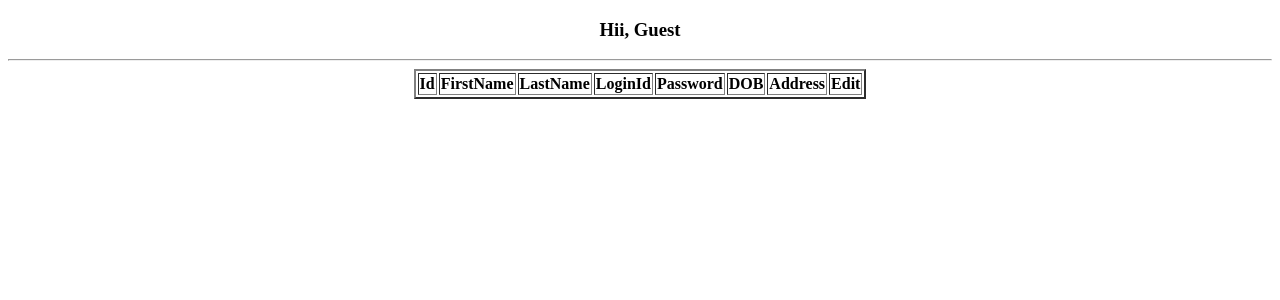
Repository: Jatdevta/AdvanceJava
Page: http://localhost/DynamicProject/UserListCtl
An editor plug-in stored every save of this project. The page is shown before and after the next save, followed by the edit.
The browser window is 1280 px wide. The pictures show the whole page.
The page is served by Tomcat 9. Other server files are loaded and not shown. Queries for data that is not in the repository find no rows.

Above is the page before, as saved 2023-08-22 07:17:20.

### Advancejava/DynamicProject/WebContent/UserListView.jsp
<%@page import="java.util.List"%>
<%@page import="java.util.Iterator"%>
<%@ page language="java" contentType="text/html; charset=ISO-8859-1"
    pageEncoding="ISO-8859-1"%>
<!DOCTYPE html>
<html>
<head>
<center>
<meta charset="ISO-8859-1">
<title>Insert title here</title>
</head>
<body>
<form action="">

<%@ include file="Header.jsp"%>
  <% List list = (List)request.getAttribute("list");
  Iterator it = list.iterator();
  %>
 <table border="2">

 <tr>

 <th>Id</th>
 <th>FirstName</th>
 <th>LastName</th>
 <th>LoginId</th>
 <th>Password</th>
 <th>DOB</th>
 <th>Address</th>
 <th>Edit</th>

 </tr>
 <%
 while (it.hasNext()){
	 bean = (UserBean)it.next();

	  %>
 <tr>


  <td><%=bean.getId() %></td>
 <td><%=bean.getFirstName() %></td>
 <td><%=bean.getLastName() %></td>
 <td><%=bean.getLoginId() %></td>
 <td><%=bean.getPassword() %></td>
 <td><%=bean.getDob() %></td>
 <td><%=bean.getAddress() %></td>
 <td><a href="UserCtl?id=<%=bean.getId()%>">edit</a></td>
  </tr>
 <%
 }
 %>

 </center>
</table>
 </form>
</body>
</html>

### Advancejava/DynamicProject/WebContent/Header.jsp
<%@page import="in.co.rays.model.UserModel"%>
<%@page import="in.co.rays.bean.UserBean"%>
<%@ page language="java" contentType="text/html; charset=ISO-8859-1"
	pageEncoding="ISO-8859-1"%>
<!DOCTYPE html>
<html>
<head>
<meta charset="ISO-8859-1">
<title>Insert title here</title>
</head>
<body>
	<%
		UserBean bean = (UserBean) session.getAttribute("user");

	%>

	<%
	if(bean !=null) {

	%>
	<h3>
		Hi....!!!,
		<%=bean.getFirstName()  %>   </h3>
	<a href="UserListCtl">UserList</a>
	<a a href= "MarksheetListCtl">MarkList</a>
<a href="LoginCtl?operation=Logout">Logout</a>
	<a href="LoginCtl?operation=Logout">Logout </a>

	<%} else { %>

	<h3>Hii, Guest</h3>
	<%} %>
	<hr>

</body>
</html>

### Advancejava/DynamicProject/src/in/co/rays/ctl/UserListCtl.java
package in.co.rays.ctl;

import java.io.IOException;
import java.util.List;

import javax.servlet.RequestDispatcher;
import javax.servlet.ServletException;
import javax.servlet.annotation.WebServlet;
import javax.servlet.http.HttpServlet;
import javax.servlet.http.HttpServletRequest;
import javax.servlet.http.HttpServletResponse;

import in.co.rays.model.UserModel;
@WebServlet("/UserListCtl")
public class UserListCtl extends HttpServlet{

	@Override
	protected void doGet(HttpServletRequest req, HttpServletResponse resp) throws ServletException, IOException {

		UserModel model = new UserModel();
		try {

          List list= model.search(null, 1, 5);
			req.setAttribute("list", list);
			RequestDispatcher rd = req.getRequestDispatcher("UserListView.jsp");
			rd.forward(req, resp);

		} catch (Exception e) {
          e.printStackTrace();
		}

	}
	@Override
	protected void doPost(HttpServletRequest req, HttpServletResponse resp) throws ServletException, IOException {


	}

}

### Advancejava/DynamicProject/src/in/co/rays/model/UserModel.java
package in.co.rays.model;

import java.sql.Connection;
import java.sql.DriverManager;
import java.sql.PreparedStatement;
import java.sql.ResultSet;
import java.util.ArrayList;
import java.util.List;

import in.co.rays.bean.UserBean;
import in.co.rays.util.JDBCDataSource;

public class UserModel {

	public Integer nextPk() throws Exception {
		int Pk = 0;

		Class.forName("com.mysql.cj.jdbc.Driver");
		Connection cn = DriverManager.getConnection("jdbc:mysql://localhost:3306/advance_java", "root", "root");

	//	Connection cn = JDBCDataSource.getConnection();


		PreparedStatement ps = cn.prepareStatement("select max(id) from user");

		ResultSet rs = ps.executeQuery();

		while (rs.next()) {

			Pk = rs.getInt(1);
		}

		return Pk + 1;

	}

	public void add(UserBean bean) throws Exception {

		Class.forName("com.mysql.cj.jdbc.Driver");

		Connection cn = DriverManager.getConnection("jdbc:mysql://localhost:3306/advance_java", "root", "root");
		PreparedStatement ps = cn.prepareStatement("insert into user values(?,?,?,?,?,?,?)");
		ps.setInt(1, nextPk());
		// ps.setInt(1,bean.getId());
		ps.setString(2, bean.getFirstName());
		ps.setString(3, bean.getLastName());
		ps.setString(4, bean.getLoginId());
		ps.setString(5, bean.getPassword());
     	ps.setDate(6, new java.sql.Date(bean.getDob().getTime()));
    	ps.setString(7, bean.getAddress());


		int i = ps.executeUpdate();

		System.out.println("Data inserted " + i);
	}

	public void update(UserBean bean) throws Exception {
		Class.forName("com.mysql.cj.jdbc.Driver");

		Connection cn = DriverManager.getConnection("jdbc:mysql://localhost:3306/advance_java", "root", "root");
		PreparedStatement ps = cn.prepareStatement("update user set FirstName =?,LastName = ?,LoginId = ?,Password = ?,DOB = ?,Address = ? where id = ?");

		ps.setString(1, bean.getFirstName());
		ps.setString(2, bean.getLastName());
		ps.setString(3, bean.getLoginId());
		ps.setString(4, bean.getPassword());
	   ps.setDate(5, new java.sql.Date(bean.getDob().getTime()));
		ps.setString(6, bean.getAddress());
		ps.setInt(7, bean.getId());

		int i = ps.executeUpdate();

		System.out.println("Data updated " + i);

	}

	public UserBean findByPk(int id) throws Exception {

		Class.forName("com.mysql.cj.jdbc.Driver");
		Connection con = DriverManager.getConnection("jdbc:mysql://localhost:3306/advance_java", "root", "root");
		PreparedStatement ps = con.prepareStatement("select * from user where id =?");

		ps.setInt(1, id);

		ResultSet rs = ps.executeQuery();

		UserBean bean = null;

		while (rs.next()) {
			bean = new UserBean();

			bean.setId(rs.getInt(1));
			bean.setFirstName(rs.getString(2));
			bean.setLastName(rs.getString(3));
			bean.setLoginId(rs.getString(4));
			bean.setPassword(rs.getString(5));
			bean.setDob(rs.getDate(6));
			bean.setAddress(rs.getString(7));


		}
		return bean;

	}




	public List search(UserBean bean, int pageNo, int pageSize) throws Exception {

		Class.forName("com.mysql.cj.jdbc.Driver");

		Connection conn = DriverManager.getConnection("jdbc:mysql://localhost:3306/advance_java", "root", "root");

		StringBuffer sql = new StringBuffer("select * from user where 1=1");

		if (bean != null) {

			if (bean.getFirstName() != null && bean.getFirstName().length() > 0) {

				sql.append(" and First_Name like '" + bean.getFirstName() + "%'");

			}
			if (bean.getId() != 0 && bean.getId() > 0) {

				sql.append(" and id = " + bean.getId());

			}
			if (bean.getLoginId() != null && bean.getLoginId().length() > 0) {

				sql.append(" and Login_Id like '" + bean.getLoginId() + "%'");
			}

			if (bean.getDob() != null && bean.getDob().getTime() > 0) {

				sql.append(" and Dob like '" + new java.sql.Date(bean.getDob().getTime()) + "%'");

			}
			if (bean.getAddress() != null && bean.getAddress().length()>0) {
				sql.append(" and address like '" + bean.getAddress() + "%'");
			}

		}
			if (pageSize > 0) {

				pageNo = (pageNo - 1) * pageSize;

				sql.append(" limit " + pageNo + " , " + pageSize);


		}

		System.out.println(sql.toString());

		PreparedStatement ps = conn.prepareStatement(sql.toString());

		ResultSet rs = ps.executeQuery();

		List list = new ArrayList();

		while (rs.next()) {

			bean = new UserBean();
			bean.setId(rs.getInt(1));
			bean.setFirstName(rs.getString(2));
			bean.setLastName(rs.getString(3));
			bean.setLoginId(rs.getString(4));
			bean.setPassword(rs.getString(5));
			bean.setDob(rs.getDate(6));
			bean.setAddress(rs.getString(7));

			list.add(bean);

		}

		return list;

	}

	public UserBean findByloginId(String loginId) throws Exception {

		Class.forName("com.mysql.cj.jdbc.Driver");
		Connection con = DriverManager.getConnection("jdbc:mysql://localhost:3306/advance_java", "root", "root");
		PreparedStatement ps = con.prepareStatement("select * from user where loginId =?");

		ps.setString(1, loginId);


		ResultSet rs = ps.executeQuery();

		UserBean bean = null;

		while (rs.next()) {
			bean = new UserBean();

			bean.setId(rs.getInt(1));
			bean.setFirstName(rs.getString(2));
			bean.setLastName(rs.getString(3));
			bean.setLoginId(rs.getString(4));
			bean.setPassword(rs.getString(5));
			bean.setDob(rs.getDate(6));
			bean.setAddress(rs.getString(7));


		}
		return bean;

	}

	public UserBean authenticate(String loginId,String password) throws Exception {

		Class.forName("com.mysql.cj.jdbc.Driver");
		Connection con = DriverManager.getConnection("jdbc:mysql://localhost:3306/advance_java", "root", "root");
		PreparedStatement ps = con.prepareStatement("select * from user where LoginId =? and Password =?");

		ps.setString(1, loginId);
		ps.setString(2, password);

		ResultSet rs = ps.executeQuery();

		UserBean bean = null;

		while (rs.next()) {
			bean = new UserBean();

			bean.setId(rs.getInt(1));
			bean.setFirstName(rs.getString(2));
			bean.setLastName(rs.getString(3));
			bean.setLoginId(rs.getString(4));
			bean.setPassword(rs.getString(5));
			bean.setDob(rs.getDate(6));
			bean.setAddress(rs.getString(7));


		}
		return bean;

	}
public void delete(int id) throws Exception {

		Connection con = JDBCDataSource.getConnection();

		PreparedStatement ps = con.prepareStatement("Delete from user where id =?");

		ps.setInt(1, id);

		int i  = ps.executeUpdate();
		 System.out.println("Data Deleted = "+i);

}
}

After the next save:
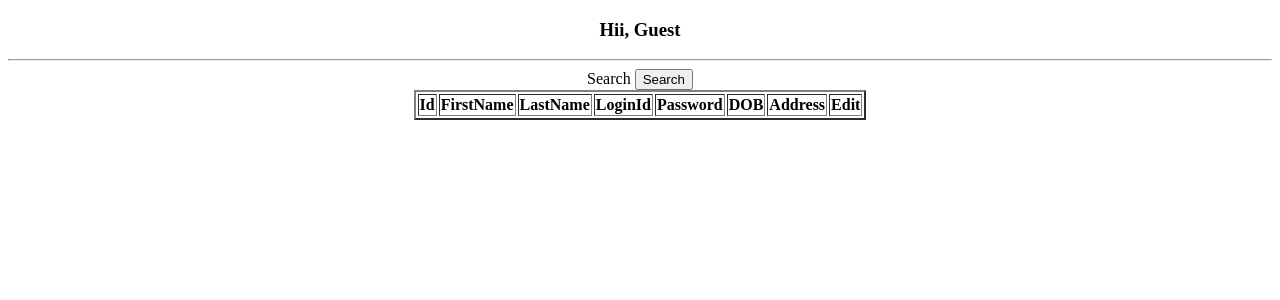
Saved 2 min 47 s later.
--- a/Advancejava/DynamicProject/WebContent/UserListView.jsp
+++ b/Advancejava/DynamicProject/WebContent/UserListView.jsp
@@ -16,7 +16,16 @@
   <% List list = (List)request.getAttribute("list");
   Iterator it = list.iterator();
   %>
+  <table>
+
+	</table>
+	<tr>
+				<th>Search</th>
+				<td><input type="submit" name="operation"value="Search"></td>
+
+			</tr>
  <table border="2">
+
 
  <tr>
 
